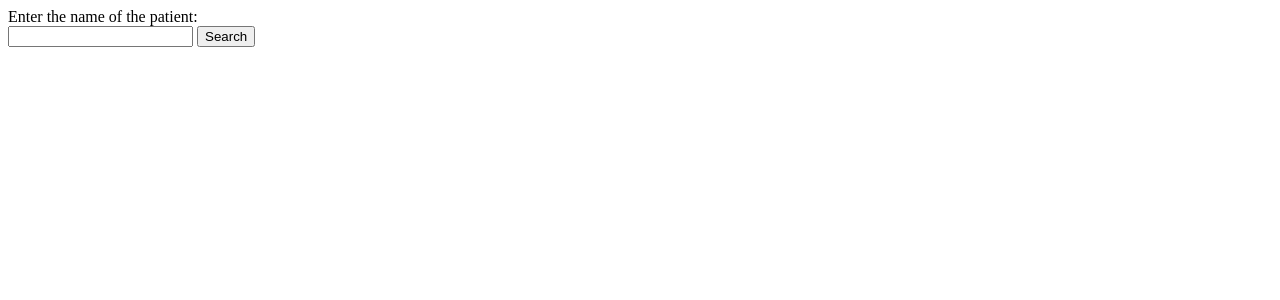
Repository: DADYSoukaina/ws-hospital
Page: http://localhost/hospital-web/views/ListPatient.jsp
The author's editor kept a copy of each file at every save. The page is drawn from the files as they stood at one save, then again after the next save.
The browser window is 1280 px wide. The pictures show the whole page.
The page is served by Tomcat 9. Nobody is signed in. The application's start-up code is not run.

Above is the page before, as saved 2018-12-20 23:40:07.

After the next save:
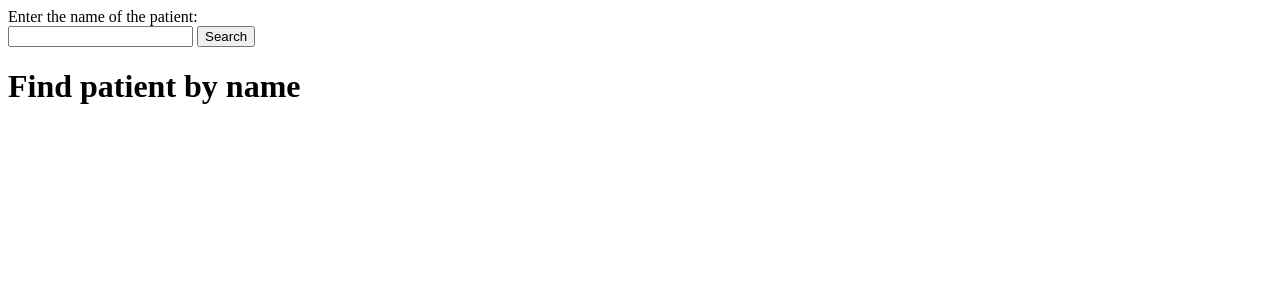
Saved 45 s later.
--- a/hospital-web/src/main/webapp/views/ListPatient.jsp
+++ b/hospital-web/src/main/webapp/views/ListPatient.jsp
@@ -12,5 +12,8 @@
 		<input type="text" name=patientName> <input type=Submit
 			value="Search">
 	</form>
+
+	<h1>Find patient by name</h1>
+
 </body>
 </html>
